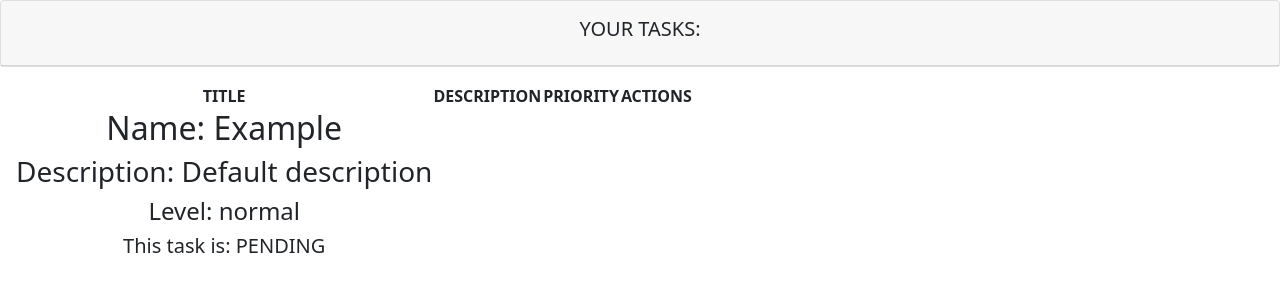
Repository: abgdev1997/proyecto-evo
Page: /tasks
These files come from the project's save history. The page is drawn as it stood at one moment and after the next save; the edit follows.
The browser window is 1280 px wide. The pictures show the whole page.
The project was rebuilt for these pictures with package versions that can differ from the ones it lists, and the page was loaded fresh each time. Also part of the build but not shown: src/index.css.

Above is the page before, as saved 2022-01-27 10:04:18.

### src/App.js
// ! Los estilos propios deben ir debajo de bootstrap para que no los pise.
import 'bootstrap/dist/css/bootstrap.css'
import './App.css';
import TaskList from './components/container/task_list';

function App() {
  return (
    <div className="App">
        {/* Componente de listado de tareas */}
        <TaskList></TaskList>
    </div>
  );
}

export default App;

### src/components/container/task_list.jsx
import React, {useState, useEffect} from 'react';
import {Task} from '../../models/levels.class'
import { LEVELS } from '../../models/levels.enum';
import TaskComponent from '../pure/task_component'

const TaskList = () => {

    const defaultTask = new Task('Example', 'Default description', false, LEVELS.NORMAL);

    //Estados del componente
    const [tasks, setTasks] = useState([defaultTask]);
    const [loading, setLoading] = useState(true);

    //Control de ciclo de vida del componente
    useEffect(() => {
        console.log('Task State has been modified');
        setLoading(false);
        return () => {
            console.log('TaskList component is going to unmount');
        };
    }, [tasks]);

    const changeCompleted = (id) => {
        {/*TODO: Cambiar estado de una tarea'*/}
    }

    return (
        <div>
            {/* Dividimos el contenedor en 12 columnas */}
            <div className='col-12'>
                {/* Usamos la class card */}
                <div className='card'>
                    {/* CARD HEADER (TITLE) */}
                    {/* card-header es la cabecera de la carta, p-3 es padding 3 */}
                    <div className='card-header p-3 '>
                        <h5>
                            YOUR TASKS:
                        </h5>
                    </div>
                </div>
                {/* CARD BODY (CONTENT) */}
                <div className='card-body' data-mdb-perfect-scrollbar='true' style={ {position: 'relative', height:'400px'} }>
                    <table>
                        <thead>
                            <tr>
                                <th scope='col'>TITLE</th>
                                <th scope='col'>DESCRIPTION</th>
                                <th scope='col'>PRIORITY</th>
                                <th scope='col'>ACTIONS</th>
                            </tr>
                        </thead>
                        <tbody>
                            {/* TODO: Aplicar un For/Map para renderizar una lista */}
                            <TaskComponent task={defaultTask}></TaskComponent>
                        </tbody>
                    </table>
                </div>
            </div>
        </div>
    );
};


export default TaskList;

### src/models/levels.class.js
import { LEVELS } from "./levels.enum";

export class Task {
    name = 'o';
    description = '';
    completed = false;
    level = LEVELS.NORMAL;

    constructor(name, description, completed, level){
        this.name = name;
        this.description = description;
        this.completed = completed;
        this.level = level;
    }
}

### src/models/levels.enum.js
export const LEVELS = {
    NORMAL: 'normal',
    URGENT: 'urgent',
    BLOCKING:'blocking',
}

### src/components/pure/task_component.jsx
import React, {useEffect} from 'react';
import PropTypes from 'prop-types';
import { Task } from '../../models/levels.class';


const TaskComponent = ({task}) => {

    useEffect(() => {
        console.log('Created task')
        return () => {
            console.log(`Task: ${task.name} is going to unmount...`)
        };
    }, [task]);

    return (
        <div>
            <h2>
                Name: {task.name}
            </h2>
            <h3>
                Description: {task.description}
            </h3>
            <h4>
                Level: {task.level}
            </h4>
            <h5>
                This task is: {task.completed ? 'COMPLETED' : 'PENDING'}
            </h5>
        </div>
    );
};


TaskComponent.propTypes = {
    task: PropTypes.instanceOf(Task)
};


export default TaskComponent;

Loaded but not shown: public/index.html (common file); src/index.js (common file); src/App.css (common file)

After the next save:
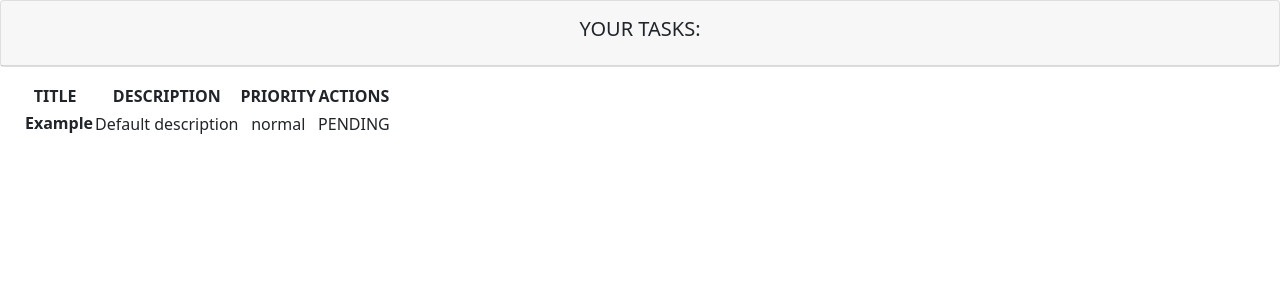
Saved 22 min 50 s later.
--- a/src/components/pure/task_component.jsx
+++ b/src/components/pure/task_component.jsx
@@ -13,20 +13,40 @@ const TaskComponent = ({task}) => {
     }, [task]);
 
     return (
-        <div>
-            <h2>
-                Name: {task.name}
-            </h2>
-            <h3>
-                Description: {task.description}
-            </h3>
-            <h4>
-                Level: {task.level}
-            </h4>
-            <h5>
-                This task is: {task.completed ? 'COMPLETED' : 'PENDING'}
-            </h5>
-        </div>
+
+        <tr className='fw-normal'>
+            <th>
+                {/* ms-2 Margin 2 */}
+                <span className='ms-2'>{task.name}</span>
+            </th>
+            <td>
+                {/* align-middle alinea al centro */}
+                <span className='align-middle'>{task.description}</span>
+            </td>
+            <td>
+                {/* TODO: Sustituir por un badge */}
+                <span className='align-middle'>{task.level}</span>
+            </td>
+            <td>
+                {/* TODO: Sustituir por iconos */}
+                <span className='align-middle'>{task.completed ? 'COMPLETED' : 'PENDING'}</span>
+            </td>
+        </tr>
+
+        // <div>
+        //     <h2>
+        //         Name: {task.name}
+        //     </h2>
+        //     <h3>
+        //         Description: {task.description}
+        //     </h3>
+        //     <h4>
+        //         Level: {task.level}
+        //     </h4>
+        //     <h5>
+        //         This task is: {task.completed ? 'COMPLETED' : 'PENDING'}
+        //     </h5>
+        // </div>
     );
 };
 
